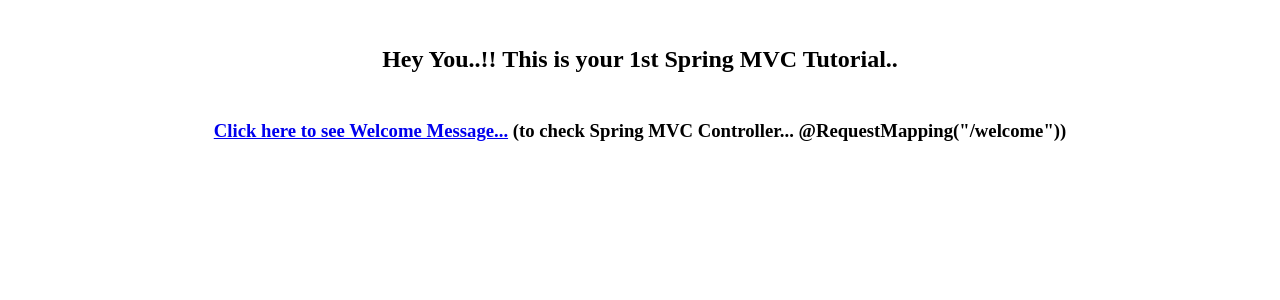
Repository: CraigRodewald/ParkingPalFinalProject
Page: http://localhost/ParkPalSpringMVC/jsp/welcome.jsp
These files come from the project's save history. The page is drawn as it stood at one moment and after the next save; the edit follows.
The browser window is 1280 px wide. The pictures show the whole page.
The page is served by Tomcat 9. Nobody is signed in. The application's start-up code is not run.

Above is the page before, as saved 2016-05-10 18:25:41.

After the next save:
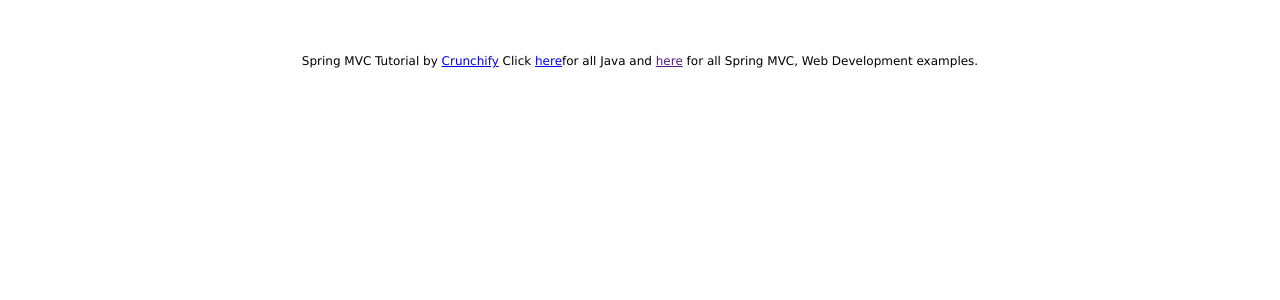
Saved 6 min 30 s later.
--- a/ParkPalSpringMVC/WebContent/jsp/welcome.jsp
+++ b/ParkPalSpringMVC/WebContent/jsp/welcome.jsp
@@ -6,16 +6,18 @@
 <meta http-equiv="Content-Type" content="text/html; charset=ISO-8859-1">
 <title>Insert title here</title>
 </head>
-<body>
+<body>${message}
+
 	<br>
-	<div style="text-align:center">
-		<h2>
-		Hey You..!! This is your 1st Spring MVC Tutorial..<br><br>
-		</h2>
-		<h3>
-			<a href="welcome.html">Click here to see Welcome Message...</a> (to
-			check Spring MVC Controller... @RequestMapping("/welcome"))
-		</h3>
+	<br>
+	<div style="font-family: verdana; padding: 10px; border-radius: 10px; font-size: 12px; text-align: center;">
+
+		Spring MVC Tutorial by <a href="http://crunchify.com">Crunchify</a>
+		Click <a
+			href="http://crunhify.com/category/java-web-development-tutorial/"
+			target="_blan">here</a>for all Java and <a
+			href "http://crunhify.com/category/spring-mvc" target="_balnk">here</a>
+			for all Spring MVC, Web Development examples.<br>
 	</div>
 </body>
 </html>
